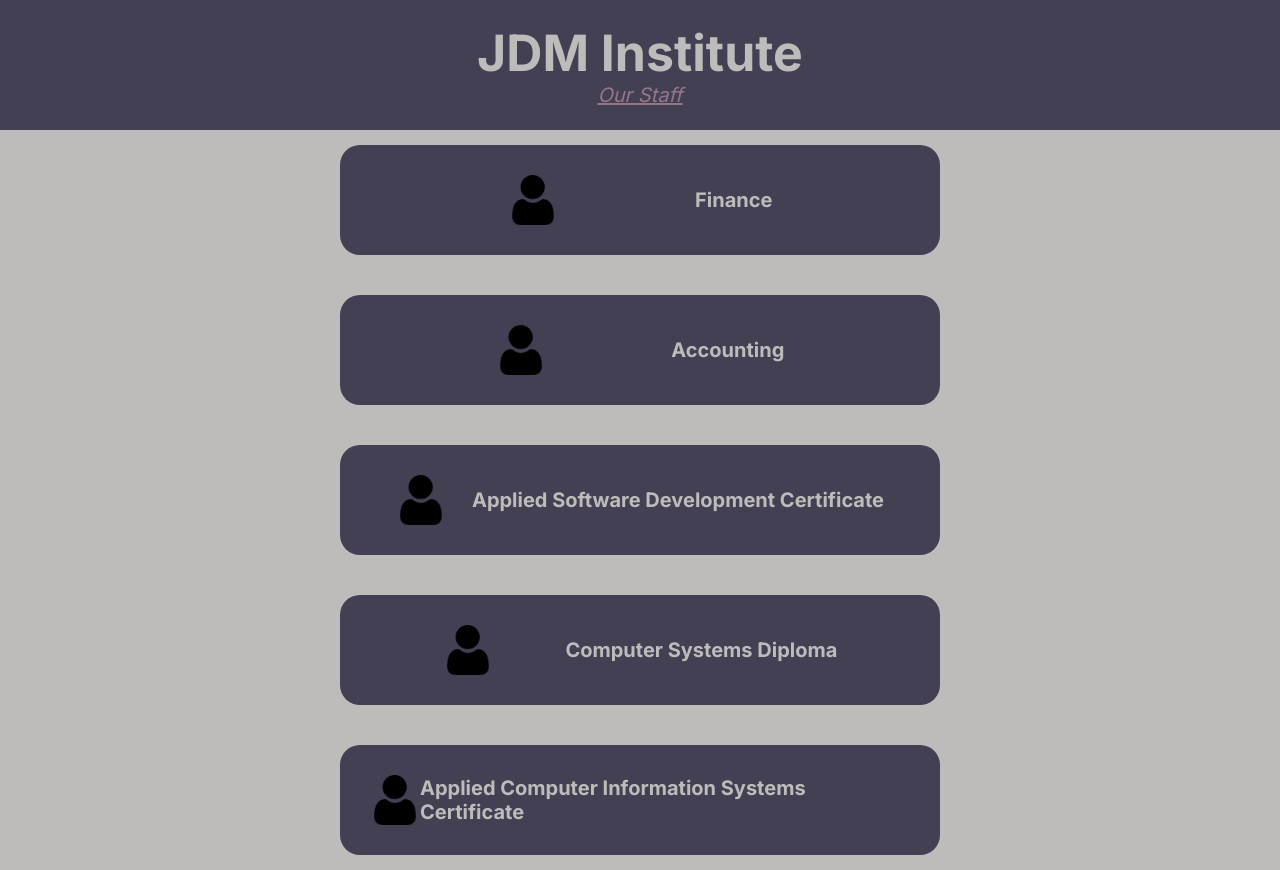
Repository: jennydmcm/class03practice
Page: /
The author's editor kept a copy of each file at every save. The page is drawn from the files as they stood at one save, then again after the next save.
The browser window is 1280 px wide. The pictures show the whole page.
The project was rebuilt for these pictures with package versions that can differ from the ones it lists, and the page was loaded fresh each time. The framework's server and built-in components were replaced by stand-ins that run in the browser. Also part of the build but not shown: next.config.js.

Above is the page before, as saved 2023-01-25 12:42:21.

After the next save:
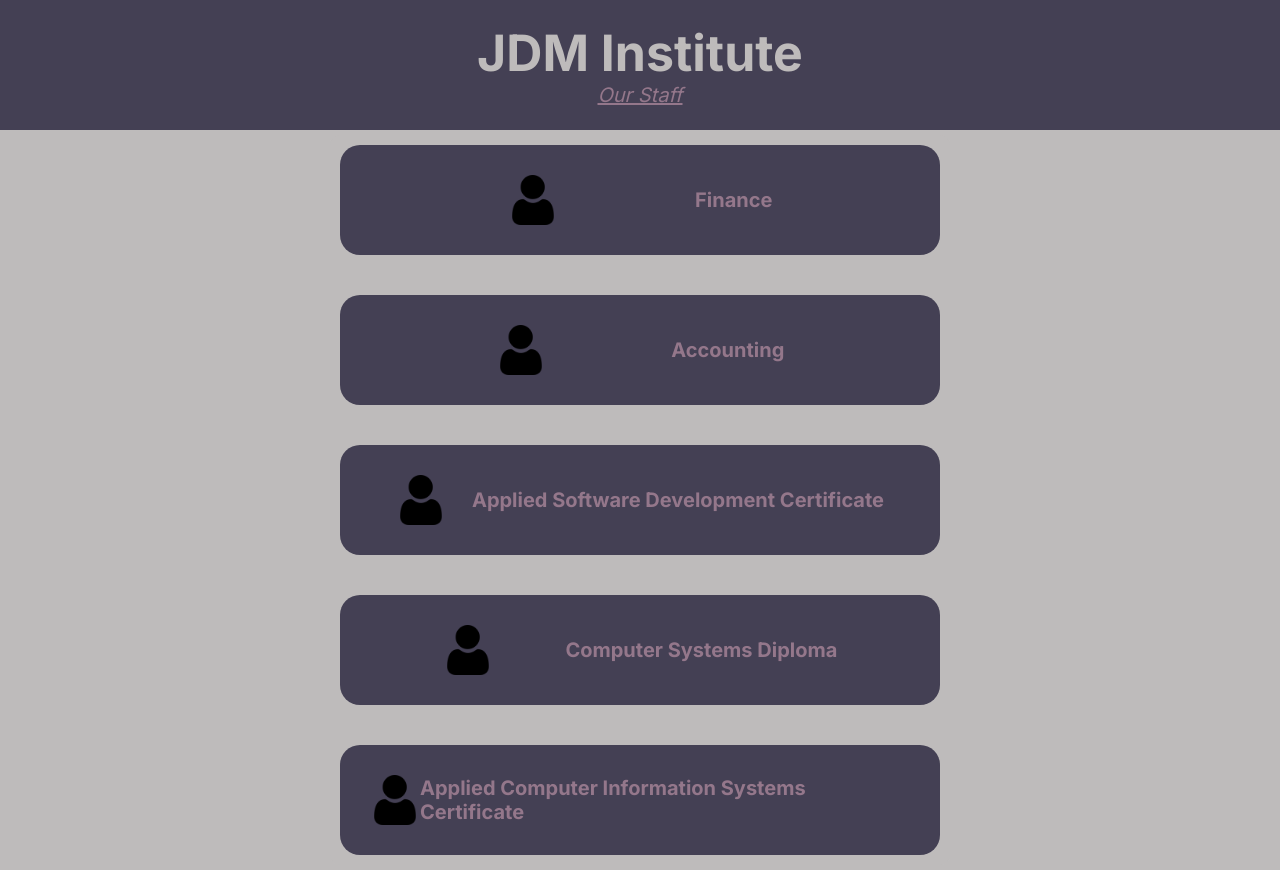
Saved 27 s later.
--- a/components/Card/index.js
+++ b/components/Card/index.js
@@ -17,7 +17,8 @@
             alignItems:"center",
             margin:"10px",
             width:"600px",
-            fontWeight:"bolder"
+            fontWeight:"bolder",
+            color:"#94778B"
 
 
 

After the save that followed:
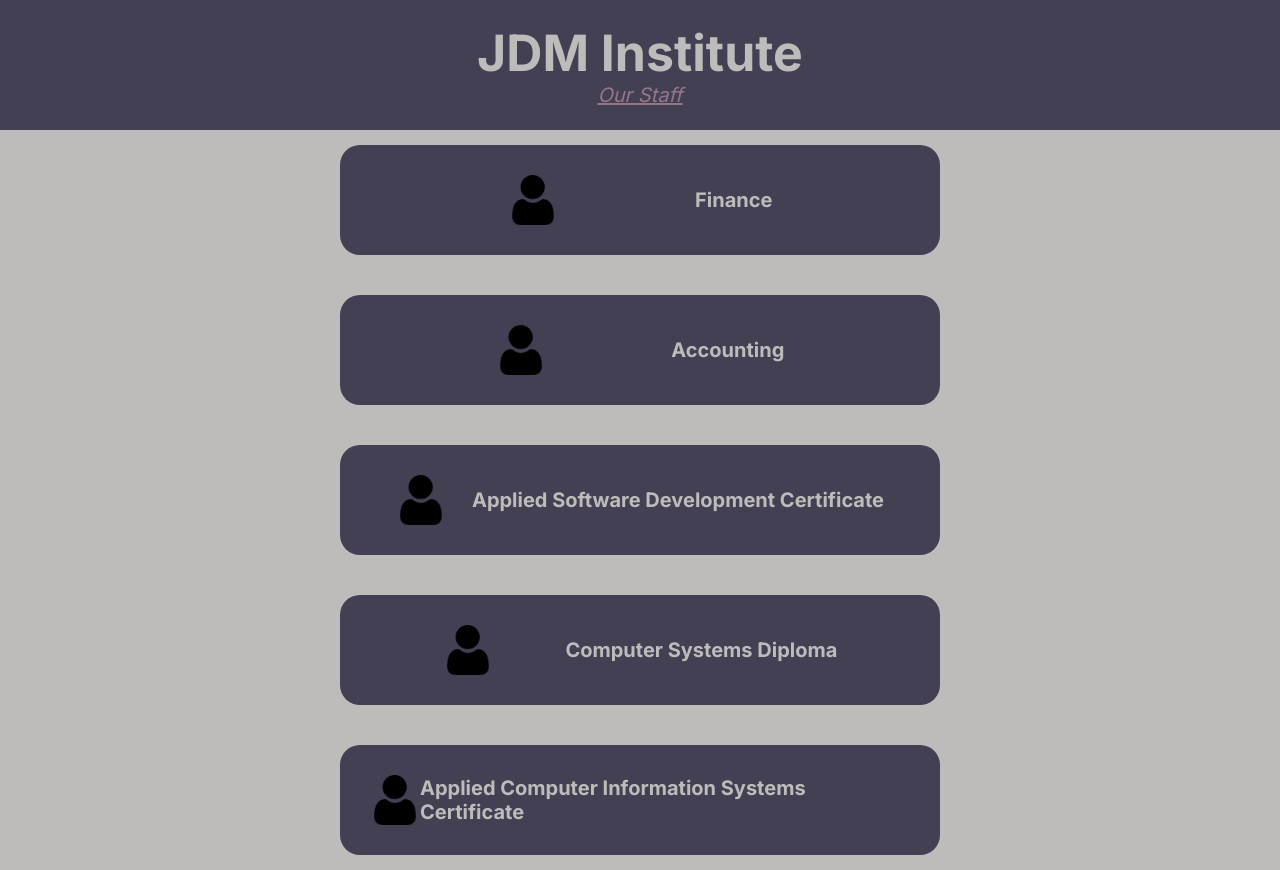
Saved 14 s later.
--- a/components/Card/index.js
+++ b/components/Card/index.js
@@ -17,8 +17,7 @@
             alignItems:"center",
             margin:"10px",
             width:"600px",
-            fontWeight:"bolder",
-            color:"#94778B"
+            fontWeight:"bolder"
 
 
 
